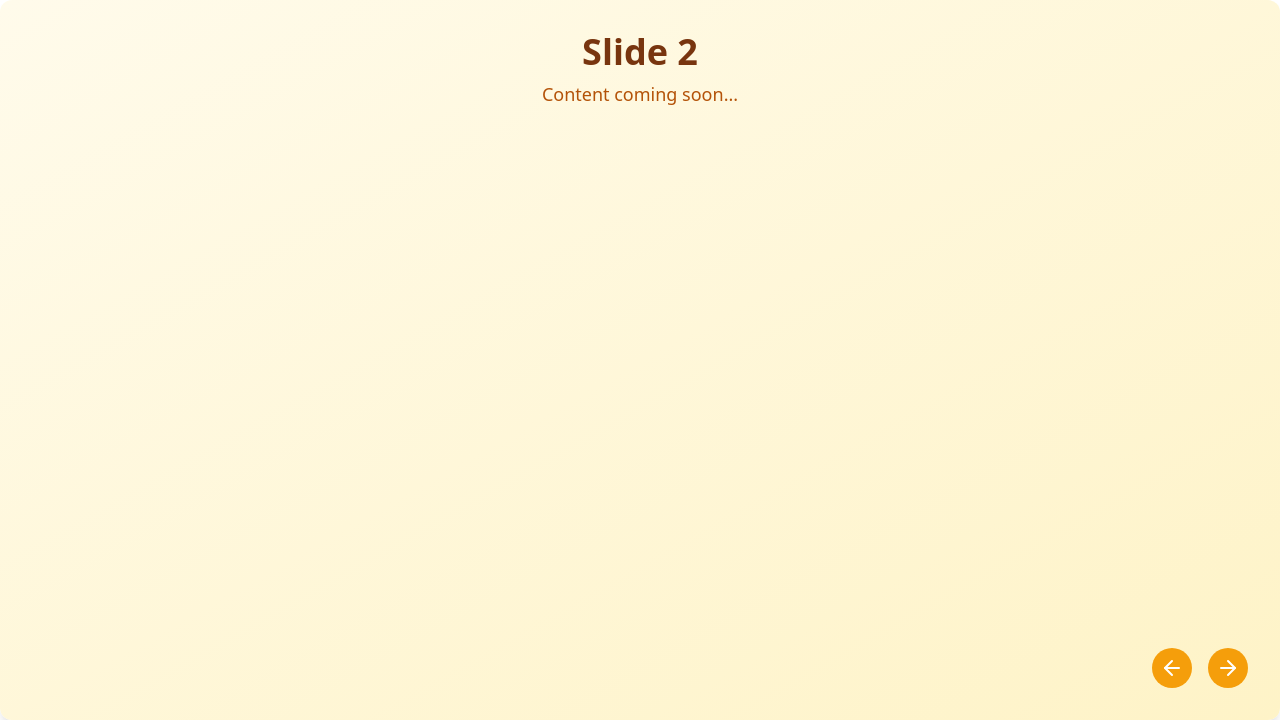
Repository: Galbaz1/dell_presentation
Page: /slide2
The author's editor kept a copy of each file at every save. The page is drawn from the files as they stood at one save, then again after a run of saves.
The browser window is 1280 px wide. The pictures show the whole page.
The project was rebuilt for these pictures with package versions that can differ from the ones it lists, and the page was loaded fresh each time. The framework's server and built-in components were replaced by stand-ins that run in the browser. Also part of the build but not shown: styles/animations/slide1.css, styles/animations/slide2.css.

Above is the page before, as saved 2024-11-11 15:53:16.

### pages/_app.tsx
import '../styles/globals.css'
import '../styles/animations/slide1.css'
import '../styles/animations/slide2.css'
import type { AppProps } from 'next/app'

function MyApp({ Component, pageProps }: AppProps) {
  return <Component {...pageProps} />
}

export default MyApp

### pages/slide2.tsx
import React from 'react';
import { ArrowRight, ArrowLeft } from 'lucide-react';
import Link from 'next/link';

const Slide2: React.FC = () => {
  return (
    <div className="bg-gradient-to-br from-amber-50 to-amber-100 p-8 rounded-xl shadow-lg min-h-screen overflow-hidden relative">
      {/* Placeholder content - same as slide 1 */}
      <div className="mb-12 text-center">
        <h1 className="text-4xl font-bold text-amber-900 mb-2">Slide 2</h1>
        <p className="text-lg text-amber-700">Content coming soon...</p>
      </div>

      {/* Navigation */}
      <div className="absolute bottom-8 right-8 flex items-center space-x-4">
        <Link href="/" className="bg-amber-500 hover:bg-amber-600 text-white p-2 rounded-full transition-colors">
          <ArrowLeft className="w-6 h-6" />
        </Link>
        <Link href="/slide3" className="bg-amber-500 hover:bg-amber-600 text-white p-2 rounded-full transition-colors">
          <ArrowRight className="w-6 h-6" />
        </Link>
      </div>
    </div>
  );
};

export default Slide2;

### tailwind.config.js
/** @type {import('tailwindcss').Config} */
module.exports = {
  content: [
    "./pages/**/*.{js,ts,jsx,tsx}",
    "./components/**/*.{js,ts,jsx,tsx}",
    "./styles/**/*.css",
  ],
  theme: {
    extend: {},
  },
  plugins: [],
}

Loaded but not shown: styles/globals.css (common file)

After the next 3 saves:
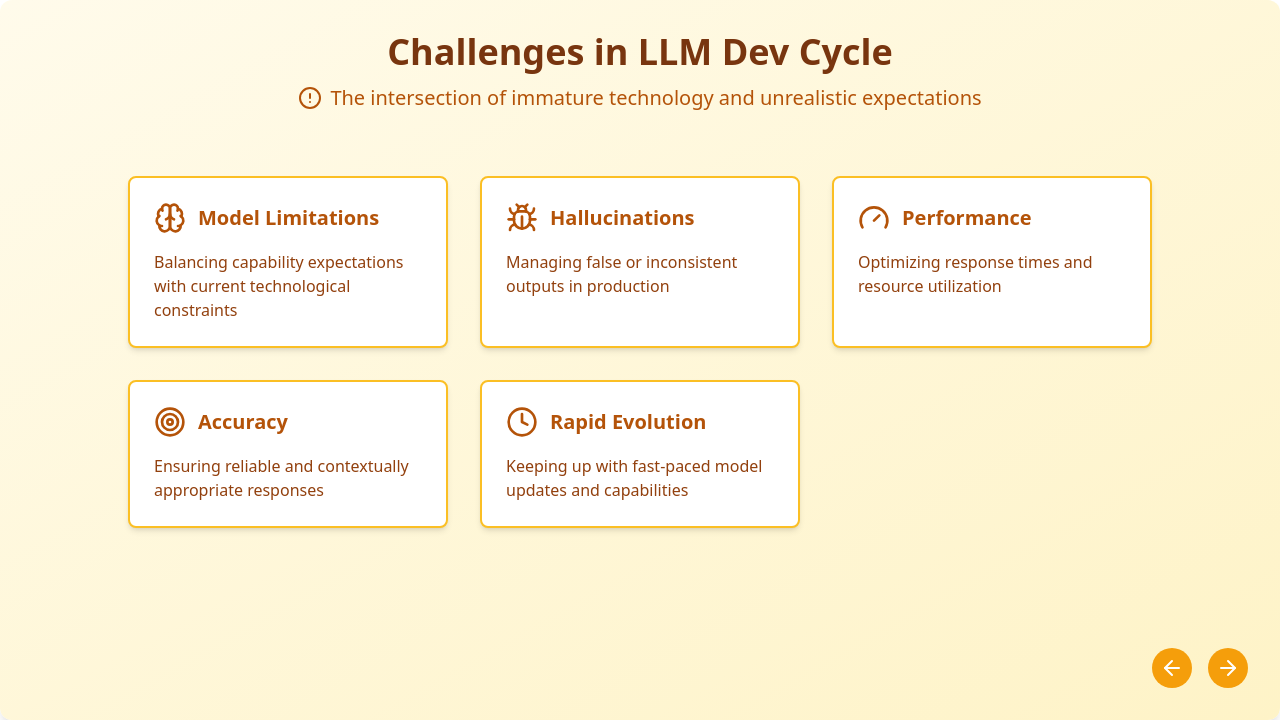
The 3 saves are shown as one change because they came seconds apart.
The last was saved 3 min 42 s later.
--- a/pages/slide2.tsx
+++ b/pages/slide2.tsx
@@ -1,14 +1,64 @@
 import React from 'react';
-import { ArrowRight, ArrowLeft } from 'lucide-react';
+import { ArrowRight, ArrowLeft, AlertCircle, Gauge, Bug, Brain, Target, Clock } from 'lucide-react';
 import Link from 'next/link';
 
 const Slide2: React.FC = () => {
+  const challenges = [
+    {
+      icon: <Brain className="w-8 h-8" />,
+      title: "Model Limitations",
+      description: "Balancing capability expectations with current technological constraints"
+    },
+    {
+      icon: <Bug className="w-8 h-8" />,
+      title: "Hallucinations",
+      description: "Managing false or inconsistent outputs in production"
+    },
+    {
+      icon: <Gauge className="w-8 h-8" />,
+      title: "Performance",
+      description: "Optimizing response times and resource utilization"
+    },
+    {
+      icon: <Target className="w-8 h-8" />,
+      title: "Accuracy",
+      description: "Ensuring reliable and contextually appropriate responses"
+    },
+    {
+      icon: <Clock className="w-8 h-8" />,
+      title: "Rapid Evolution",
+      description: "Keeping up with fast-paced model updates and capabilities"
+    }
+  ];
+
   return (
     <div className="bg-gradient-to-br from-amber-50 to-amber-100 p-8 rounded-xl shadow-lg min-h-screen overflow-hidden relative">
-      {/* Placeholder content - same as slide 1 */}
-      <div className="mb-12 text-center">
-        <h1 className="text-4xl font-bold text-amber-900 mb-2">Slide 2</h1>
-        <p className="text-lg text-amber-700">Content coming soon...</p>
+      {/* Header */}
+      <div className="mb-16 text-center">
+        <h1 className="text-4xl font-bold text-amber-900 mb-3">Challenges in LLM Dev Cycle</h1>
+        <p className="text-xl text-amber-700 flex items-center justify-center">
+          <AlertCircle className="w-6 h-6 mr-2" />
+          The intersection of immature technology and unrealistic expectations
+        </p>
+      </div>
+
+      {/* Challenges Circle */}
+      <div className="max-w-5xl mx-auto relative">
+        <div className="grid grid-cols-1 md:grid-cols-2 lg:grid-cols-3 gap-8">
+          {challenges.map((challenge, index) => (
+            <div
+              key={index}
+              className="bg-white p-6 rounded-lg shadow-md border-2 border-amber-400
+                         transform hover:scale-105 transition-transform duration-200"
+            >
+              <div className="flex items-center mb-4 text-amber-700">
+                {challenge.icon}
+                <h3 className="text-xl font-semibold ml-3">{challenge.title}</h3>
+              </div>
+              <p className="text-amber-800">{challenge.description}</p>
+            </div>
+          ))}
+        </div>
       </div>
 
       {/* Navigation */}
